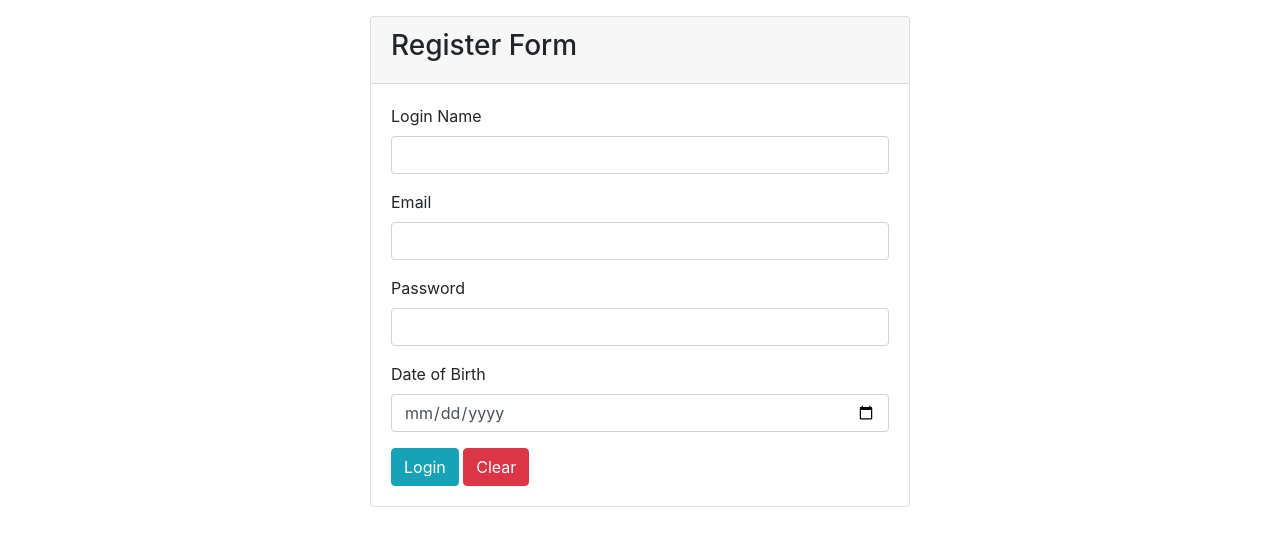
Repository: HsuMon123/Testing-Java-EE
Page: http://localhost/02-hello-servlet/
The author's editor kept a copy of each file at every save. The page is drawn from the files as they stood at one save, then again after the next save.
The browser window is 1280 px wide. The pictures show the whole page.
The page is served by Tomcat 9. Other server files are loaded and not shown.

Above is the page before, as saved 2020-12-16 04:29:47.

### 02-hello-servlet/src/main/webapp/index.jsp
<%@ page language="java" contentType="text/html; charset=ISO-8859-1"
    pageEncoding="ISO-8859-1"%>
<!DOCTYPE html>
<html>
<head>
<meta charset="ISO-8859-1">
<title>Login Page</title>
<link href="./common/css/bootstrap.min.css" rel="stylesheet" type="text/css"/>
<script type="text/javascript" src="./common/js/jquery.min.js"></script>
<script type="text/javascript" src="./common/js/bootstrap.min.js"></script>
</head>
<body>

	<div class="container">
		<div class="row mt-3">
			<div class="col-6 offset-3">
				<div class="card">
				<div class="card-header">
					<h3>Register Form</h3>
				</div>
				<div class="card-body">
					<form action="register" class="form" method="post">
						<div class="form-group">
							<label for="">Login Name</label>
							<input type="text" name="uname" class="form-control" />
						</div>
						<div class="form-group">
							<label for="">Email</label>
							<input type="email" name="email" class="form-control" />
						</div>
						<div class="form-group">
							<label for="">Password</label>
							<input type="password" name="upass" class="form-control" />
						</div>
						<div class="form-group">
							<label for="">Date of Birth</label>
							<input type="date" name="dob" class="form-control" />
						</div>
						<button type="submit" class="btn btn-info">Login</button>
						<button type="reset" class="btn btn-danger">Clear</button>
					</form>
				</div>
			</div>
			</div>
		</div>
	</div>


</body>
</html>

Loaded but not shown: 02-hello-servlet/src/main/webapp/common/css/bootstrap.min.css (library); 02-hello-servlet/src/main/webapp/common/js/jquery.min.js (library); 02-hello-servlet/src/main/webapp/common/js/bootstrap.min.js (library)

After the next save:
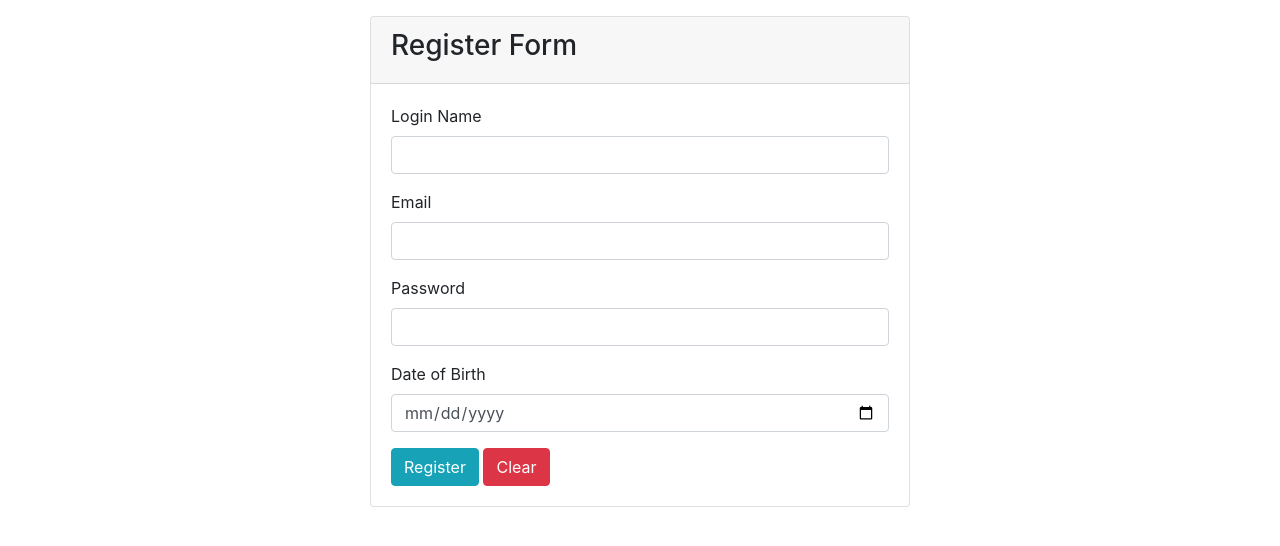
Saved 19 s later.
--- a/02-hello-servlet/src/main/webapp/index.jsp
+++ b/02-hello-servlet/src/main/webapp/index.jsp
@@ -36,7 +36,7 @@
 							<label for="">Date of Birth</label>
 							<input type="date" name="dob" class="form-control" />
 						</div>
-						<button type="submit" class="btn btn-info">Login</button>
+						<button type="submit" class="btn btn-info">Register</button>
 						<button type="reset" class="btn btn-danger">Clear</button>
 					</form>
 				</div>
